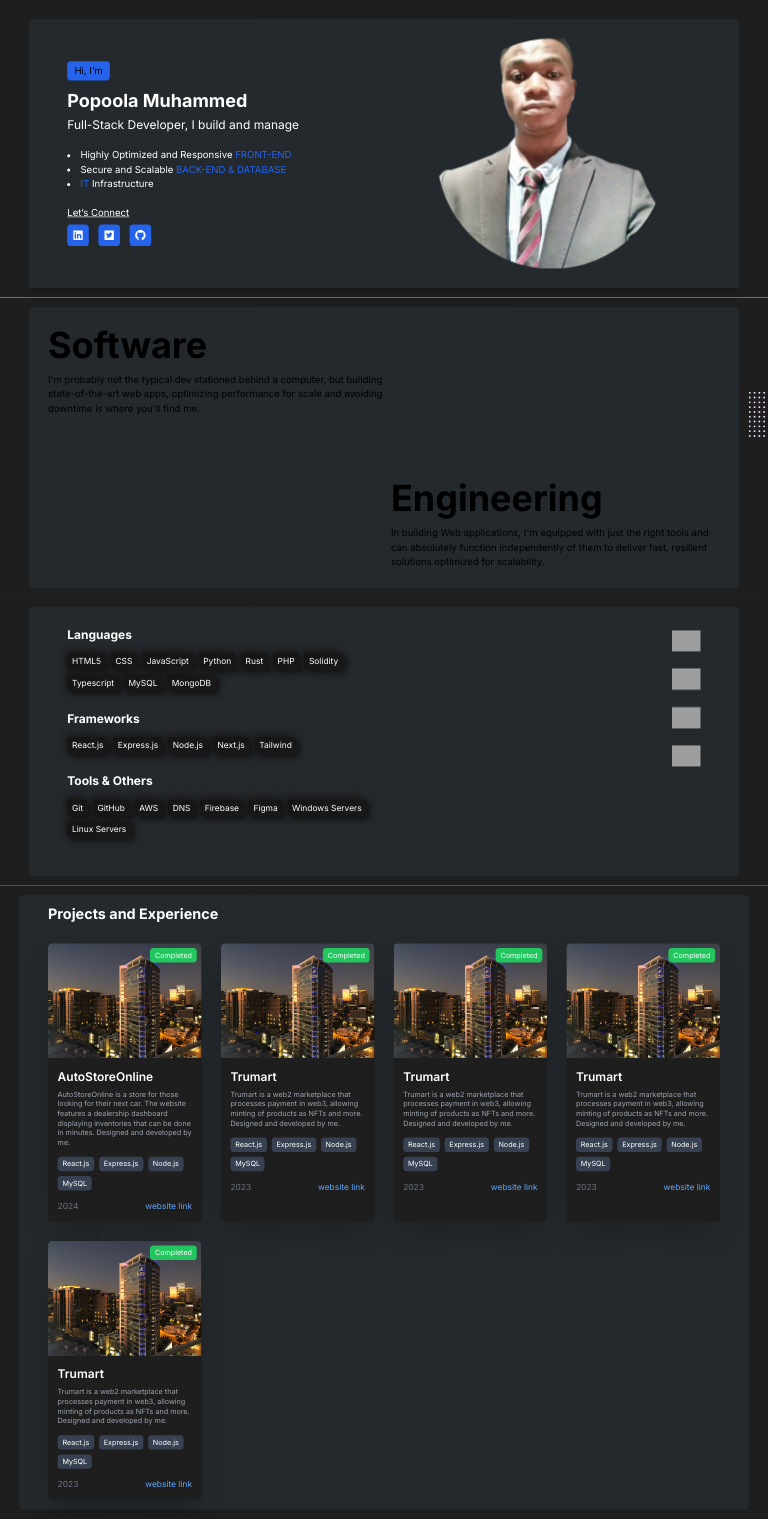
Repository: muhammedctgr/hammedctgr
Page: /
These files come from the project's save history. The page is drawn as it stood at one moment and after the next save; the edit follows.
The browser window is 1280 px wide. The pictures show the whole page, at 60% of full size.
Pictures or frames that could not be fetched are drawn as grey boxes. The project was rebuilt for these pictures with package versions that can differ from the ones it lists, and the page was loaded fresh each time. The framework's server and built-in components were replaced by stand-ins that run in the browser. Also part of the build but not shown: next.config.mjs.

Above is the page before, as saved 2024-08-06 21:34:39.

### app/layout.tsx
import type { Metadata } from "next";
import { Inter } from "next/font/google";
import "./globals.css";

const inter = Inter({ subsets: ["latin"] });

export const metadata: Metadata = {
  title: "Popoola Muhammed",
  description: "Generated by create next app",
};

export default function RootLayout({
  children,
}: Readonly<{
  children: React.ReactNode;
}>) {
  return (
    <html lang="en">
      <body className={inter.className}>{children}</body>
    </html>
  );
}

### app/page.tsx
import Head from 'next/head';
import Hero from '../components/Hero';
import SkillsSection from '@/components/SkillsSection';
import SummarySection from '@/components/SummarySection';
import ProjectsSection from '@/components/ProjectsSection';


const Home = () => (
  <div>
    <Head>
      <title>Popoola Muhammed</title>
      <meta name="description" content="Welcome to my developer portfolio" />
    </Head>

    <Hero />
    <SummarySection />
    <SkillsSection />
    <ProjectsSection />
  </div>
);

export default Home;

### app/globals.css
@tailwind base;
@tailwind components;
@tailwind utilities;

:root {
  --foreground-rgb: 0, 0, 0;
  --background-start-rgb: 214, 219, 220;
  --background-end-rgb: 255, 255, 255;
}

@media (prefers-color-scheme: dark) {
  :root {
    --foreground-rgb: 255, 255, 255;
    --background-start-rgb: 0, 0, 0;
    --background-end-rgb: 0, 0, 0;
  }
}

body {
  color: rgb(var(--foreground-rgb));
  background: linear-gradient(
      to bottom,
      transparent,
      rgb(var(--background-end-rgb))
    )
    rgb(var(--background-start-rgb));
}

@layer utilities {
  .text-balance {
    text-wrap: balance;
  }
}


@keyframes upDown {
  0%, 100% {
    transform: translateY(0);
  }
  50% {
    transform: translateY(-10px); /* Adjust the value as needed */
  }
}

.animate-upDown {
  animation: upDown 2s infinite ease-in-out; /* Adjust duration as needed */
}

.neumorph {
  border-radius: 5px;
  background: linear-gradient(145deg, #161414, #1a1818);
  box-shadow:  5px 5px 10px #111010,
               -5px -5px 10px #1f1c1c;
}

### components/Hero.tsx
import Image from 'next/image';
import profilePic from '../public/profile.png';
import { AiFillLinkedin, AiFillGithub, AiFillTwitterSquare, AiFillX } from 'react-icons/ai';

const Hero = () => {
  return (
    <section className="bg-gptGray px-4 py-4 md:pt-8 md:px-8 lg:px-12 text-white flex items-center">
  <div className="container bg-githubGray shadow-lg rounded-md mx-auto flex flex-col md:flex-row items-center md:px-8">
    <div className="flex-1 text-left p-4 md:p-8">
      <div className="inline-block bg-blue-600 text-black py-1 px-3 mb-4 rounded-md">
        Hi, I’m
      </div>
      <div className="mb-6">
        <h1 className="text-xl md:text-3xl font-bold">Popoola Muhammed</h1>
        <p className="mt-2 text-lg md:text-xl">Full-Stack Developer, I build and manage</p>
      </div>
      <ul className="mt-4 list-disc list-inside">
        <li>Highly Optimized and Responsive <span className="text-blue-600">FRONT-END</span></li>
        <li>Secure and Scalable <span className="text-blue-600">BACK-END & DATABASE</span></li>
        <li><span className="text-blue-600">IT</span> Infrastructure</li>
      </ul>
      <div className="mt-6">
        <a href="#contact" className="underline">Let’s Connect</a>
        <div className="mt-2 flex justify-start space-x-4">
          <a href="#" className="bg-blue-600 p-2 rounded-md">
            <AiFillLinkedin size={20} />
          </a>
          <a href="#" className="bg-blue-600 p-2 rounded-md">
            <AiFillTwitterSquare size={20} />
          </a>
          <a href="#" className="bg-blue-600 p-2 rounded-md">
            <AiFillGithub size={20} />
          </a>
        </div>
      </div>
    </div>
    <div className="flex-1 p-4 md:p-8">
      <div className="relative w-40 h-40 md:w-72 md:h-72 lg:w-96 lg:h-96 mx-auto">
        <Image src={profilePic} alt="Popoola Muhammed" layout="fill" className="rounded-full object-cover animate-upDown" />
      </div>
    </div>
  </div>
</section>
  );
};

export default Hero;

### components/SkillsSection.tsx
import Image from 'next/image';
import { FC } from 'react';

interface SkillCategory {
  title: string;
  skills: { name: string; color: string; }[];
}

const skills: SkillCategory[] = [
  {
    title: "Languages",
    skills: [
      { name: "HTML5", color: "bg-black" },
      { name: "CSS", color: "bg-black"},
      { name: "JavaScript", color: "bg-yellow-500" },
      { name: "Python", color: "bg-green-500" },
      { name: "Rust", color: "bg-orange-600" },
      { name: "PHP", color: "bg-purple-500" },
      { name: "Solidity", color: "bg-black-500" },
      { name: "Typescript", color: "bg-blue-700" },
      { name: "MySQL", color: "bg-orange-400" },
      { name: "MongoDB", color: "bg-green-600" },
    ],
  },
  {
    title: "Frameworks",
    skills: [
      { name: "React.js", color: "bg-blue-400" },
      { name: "Express.js", color: "bg-green-500" },
      { name: "Node.js", color: "bg-green-700" },
      { name: "Next.js", color: "bg-purple-700" },
      { name: "Tailwind", color: "bg-purple-500" },
    ],
  },
  {
    title: "Tools & Others",
    skills: [
      { name: "Git", color: "bg-orange-500" },
      { name: "GitHub", color: "bg-purple-800" },
      { name: "AWS", color: "bg-yellow-600" },
      { name: "DNS", color: "bg-gray-400" },
      { name: "Firebase", color: "bg-yellow-500" },
      { name: "Figma", color: "bg-pink-600" },
      { name: "Windows Servers", color: "bg-blue-700" },
      { name: "Linux Servers", color: "bg-black" },
    ],
  },
];

const icons = [
  "/icons/html5.svg", // Replace with your icon paths
  "/icons/css3.svg",
  "/icons/javascript.svg",
  "/icons/python.svg",
  // Add the rest of the icons as needed
];

const SkillsSection: FC = () => {
  return (
    <section className="px-4 py-4 md:px-8 lg:px-12 bg-gptGray text-white">
  <div className="container bg-githubGray rounded-md mx-auto flex flex-col md:flex-row items-start md:px-8">
    <div className="flex-1 p-4 md:p-8">
      {skills.map((category) => (
        <div key={category.title} className="mb-8">
          <h2 className="text-lg md:text-xl font-bold mb-4">{category.title}</h2>
          <div className="flex flex-wrap gap-2">
            {category.skills.map((skill) => (
              <span
                key={skill.name}
                className={`px-2 py-1 rounded-md text-sm neumorph`}
              >
                {skill.name}
              </span>
            ))}
          </div>
        </div>
      ))}
    </div>
    <div className="flex-1 flex flex-col items-center md:items-end">
      <div className="grid grid-cols-3 md:grid-cols-1 gap-4 p-4 md:p-8">
        {icons.map((src, index) => (
          <div key={index} className="w-10 h-10 md:w-12 md:h-12 relative">
            <Image src={src} alt={`icon-${index}`} layout="fill" objectFit="contain" />
          </div>
        ))}
      </div>
    </div>
  </div>
</section>
  );
};

export default SkillsSection;

### components/SummarySection.tsx
import { FC } from 'react';

const SummarySection: FC = () => {
  return (
<section className="px-4 py-4 md:px-8 lg:px-12 bg-gptGray relative overflow-hidden">
  <div className="container bg-githubGray mx-auto flex rounded-md flex-col md:flex-row justify-between items-start md:px-8 p-4 md:p-8">
    <div className=" mb-8 md:mb-8">
      <div className="mb-4">
        <span className="text-4xl md:text-6xl font-bold">Software</span>
      </div>
      <p className="text-sm md:text-base">
        I'm probably not the typical dev stationed behind a computer, but building state-of-the-art web apps, optimizing performance for scale and avoiding downtime is where you'll find me.
      </p>
    </div>
    <div className=" md:mt-64">
      <div className="mb-4">
        <span className="text-4xl md:text-6xl font-bold">Engineering</span>
      </div>
      <p className="text-sm md:text-base">
        In building Web applications, I'm equipped with just the right tools and can absolutely function independently of them to deliver fast, resilient solutions optimized for scalability.
      </p>
    </div>
  </div>

  {/* Decorative Elements */}
  <div className="absolute top-1/4 right-0 transform translate-x-4 translate-y-4 md:translate-x-12 md:translate-y-8">
    <svg className="fill-current text-purple-200" width="80" height="80" viewBox="0 0 100 100">
      {/* SVG circles */}
      {[...Array(10)].map((_, row) => (
        <g key={row} transform={`translate(0, ${row * 10})`}>
          {[...Array(10)].map((_, col) => (
            <circle key={col} cx={col * 10 + 2} cy="2" r="2" />
          ))}
        </g>
      ))}
    </svg>
  </div>
</section>
  );
};

export default SummarySection;

### components/ProjectsSection.tsx
import { FC } from 'react';

interface Project {
  title: string;
  description: string;
  technologies: string[];
  date: string;
  status: string;
  image: string;
  link: string;
}

const projects: Project[] = [
  {
    title: "AutoStoreOnline",
    description: "AutoStoreOnline is a store for those looking for their next car. The website features a dealership dashboard displaying inventories that can be done in minutes. Designed and developed by me.",
    technologies: ["React.js", "Express.js", "Node.js", "MySQL"],
    date: "2024",
    status: "Completed",
    image: "pic1.jpg",
    link: "https://example.com",
  },
  {
    title: "Trumart",
    description: "Trumart is a web2 marketplace that processes payment in web3, allowing minting of products as NFTs and more. Designed and developed by me.",
    technologies: ["React.js", "Express.js", "Node.js", "MySQL"],
    date: "2023",
    status: "Completed",
    image: "pic1.jpg",
    link: "https://example.com",
  },
  {
    title: "Trumart",
    description: "Trumart is a web2 marketplace that processes payment in web3, allowing minting of products as NFTs and more. Designed and developed by me.",
    technologies: ["React.js", "Express.js", "Node.js", "MySQL"],
    date: "2023",
    status: "Completed",
    image: "pic1.jpg",
    link: "https://example.com",
  },
  {
    title: "Trumart",
    description: "Trumart is a web2 marketplace that processes payment in web3, allowing minting of products as NFTs and more. Designed and developed by me.",
    technologies: ["React.js", "Express.js", "Node.js", "MySQL"],
    date: "2023",
    status: "Completed",
    image: "pic1.jpg",
    link: "https://example.com",
  },
  {
    title: "Trumart",
    description: "Trumart is a web2 marketplace that processes payment in web3, allowing minting of products as NFTs and more. Designed and developed by me.",
    technologies: ["React.js", "Express.js", "Node.js", "MySQL"],
    date: "2023",
    status: "Completed",
    image: "pic1.jpg",
    link: "https://example.com",
  },
  // Add more projects as needed...
];

const ProjectsSection: FC = () => {
  return (
    <section className="bg-gptGray md:px-8 px-4 py-4">
      <div className="container bg-githubGray rounded-md mx-auto md:px-8 ">
        <h2 className="text-2xl font-bold text-white p-4">Projects and Experience</h2>
        <div className="grid grid-cols-1 sm:grid-cols-3 lg:grid-cols-4 gap-8 p-4">
          {projects.map((project, index) => (
            <div key={index} className="bg-gptGray rounded-lg overflow-hidden shadow-2xl">
              <div className="relative w-full h-48">
                <img src={project.image} alt={project.title} className="w-full h-full object-cover" />
                <span className="absolute top-2 right-2 bg-green-500 text-xs text-white px-2 py-1 rounded-md">{project.status}</span>
              </div>
              <div className="p-4">
                <h3 className="text-xl font-semibold text-white mb-2">{project.title}</h3>
                <p className="text-gray-400 text-xs mb-4">{project.description}</p>
                <div className="flex flex-wrap gap-2 mb-4">
                  {project.technologies.map((tech, i) => (
                    <span key={i} className="bg-gray-700 text-white text-xs px-2 py-1 rounded-md">{tech}</span>
                  ))}
                </div>
                <div className="flex justify-between items-center">
                  <span className="text-gray-500 text-sm">{project.date}</span>
                  <a href={project.link} target="_blank" rel="noopener noreferrer" className="text-blue-400 hover:underline text-sm">website link</a>
                </div>
              </div>
            </div>
          ))}
        </div>
      </div>
    </section>
  );
};

export default ProjectsSection;

### tailwind.config.ts
import type { Config } from "tailwindcss";

const config: Config = {
  content: [
    "./pages/**/*.{js,ts,jsx,tsx,mdx}",
    "./components/**/*.{js,ts,jsx,tsx,mdx}",
    "./app/**/*.{js,ts,jsx,tsx,mdx}",
  ],
  theme: {
    extend: {
      backgroundImage: {
        "gradient-radial": "radial-gradient(var(--tw-gradient-stops))",
        "gradient-conic":
          "conic-gradient(from 180deg at 50% 50%, var(--tw-gradient-stops))",
      },
      colors: {
        githubGray: '#24292e',
        gptGray: '#1e1e1e' // Define the exact color
      },
    },
  },
  plugins: [],
};
export default config;

After the next save:
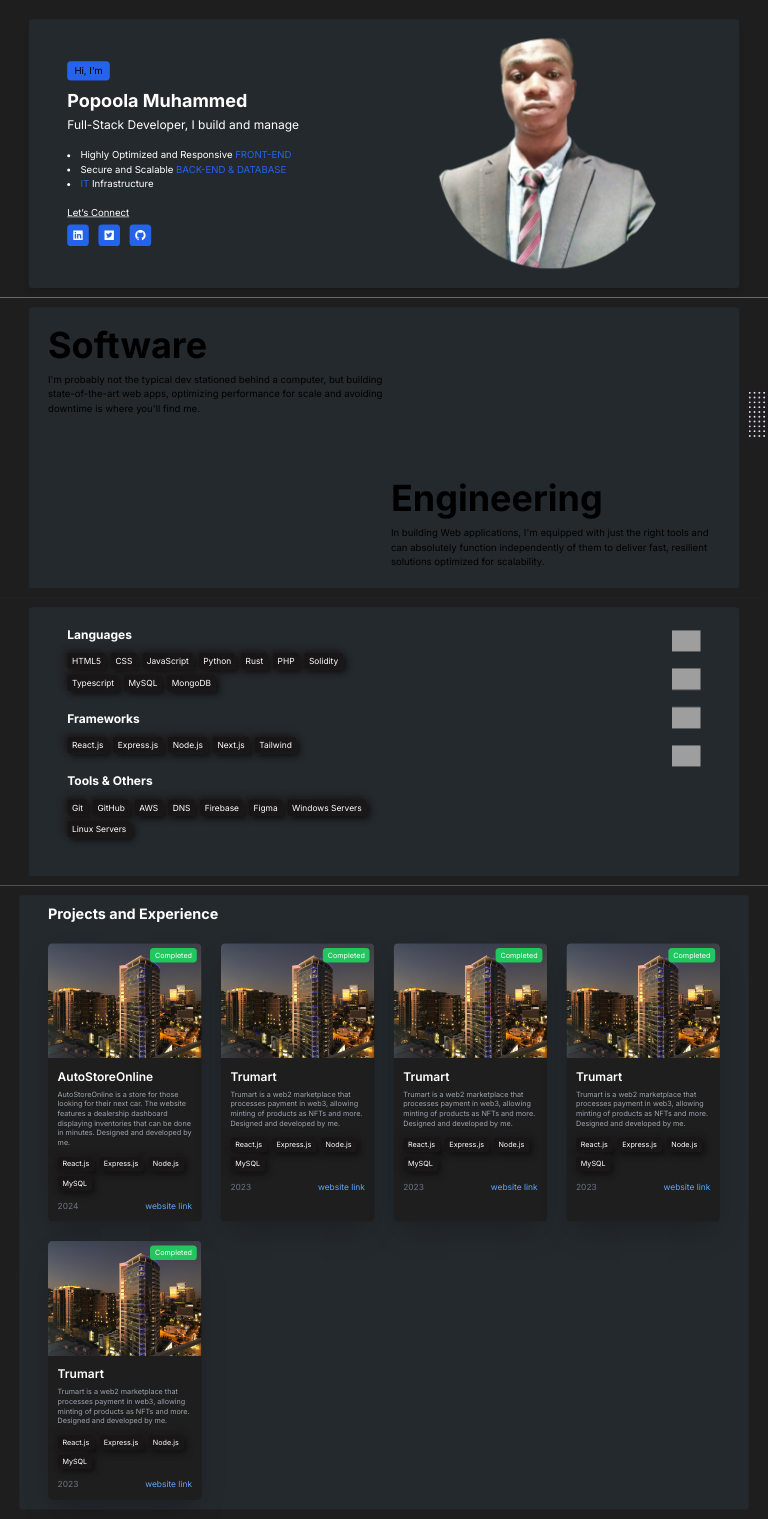
Saved 9 s later.
--- a/components/ProjectsSection.tsx
+++ b/components/ProjectsSection.tsx
@@ -76,7 +76,7 @@ const ProjectsSection: FC = () => {
                 <p className="text-gray-400 text-xs mb-4">{project.description}</p>
                 <div className="flex flex-wrap gap-2 mb-4">
                   {project.technologies.map((tech, i) => (
-                    <span key={i} className="bg-gray-700 text-white text-xs px-2 py-1 rounded-md">{tech}</span>
+                    <span key={i} className="neumorph text-white text-xs px-2 py-1 rounded-md">{tech}</span>
                   ))}
                 </div>
                 <div className="flex justify-between items-center">
